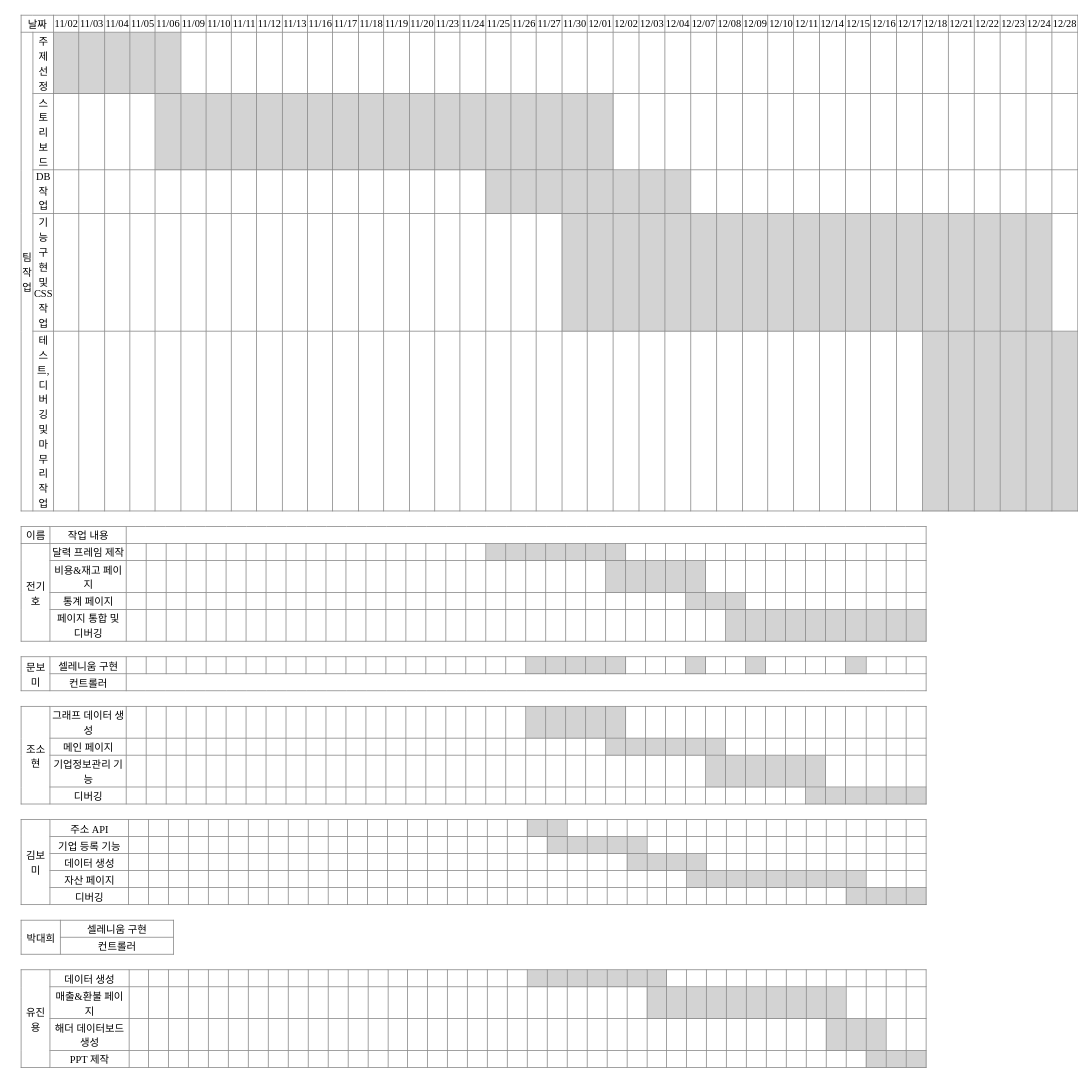
Repository: JEON-KIHO/finalProject
Page: http://localhost/ERP/WEB-INF/views/schedule.jsp
An editor plug-in stored every save of this project. The page is shown before and after the next save, followed by the edit.
The browser window is 1280 px wide. The page is 1457 px wide, so the pictures cover 1457 px, including what lies to the right of the window. The pictures show the whole page, at 74% of full size.
The page is served by Tomcat 9. Nobody is signed in. The template is opened directly, without the code that normally fills it, so the values that code supplies are empty.

Above is the page before, as saved 2020-12-24 08:28:10.

After the next save:
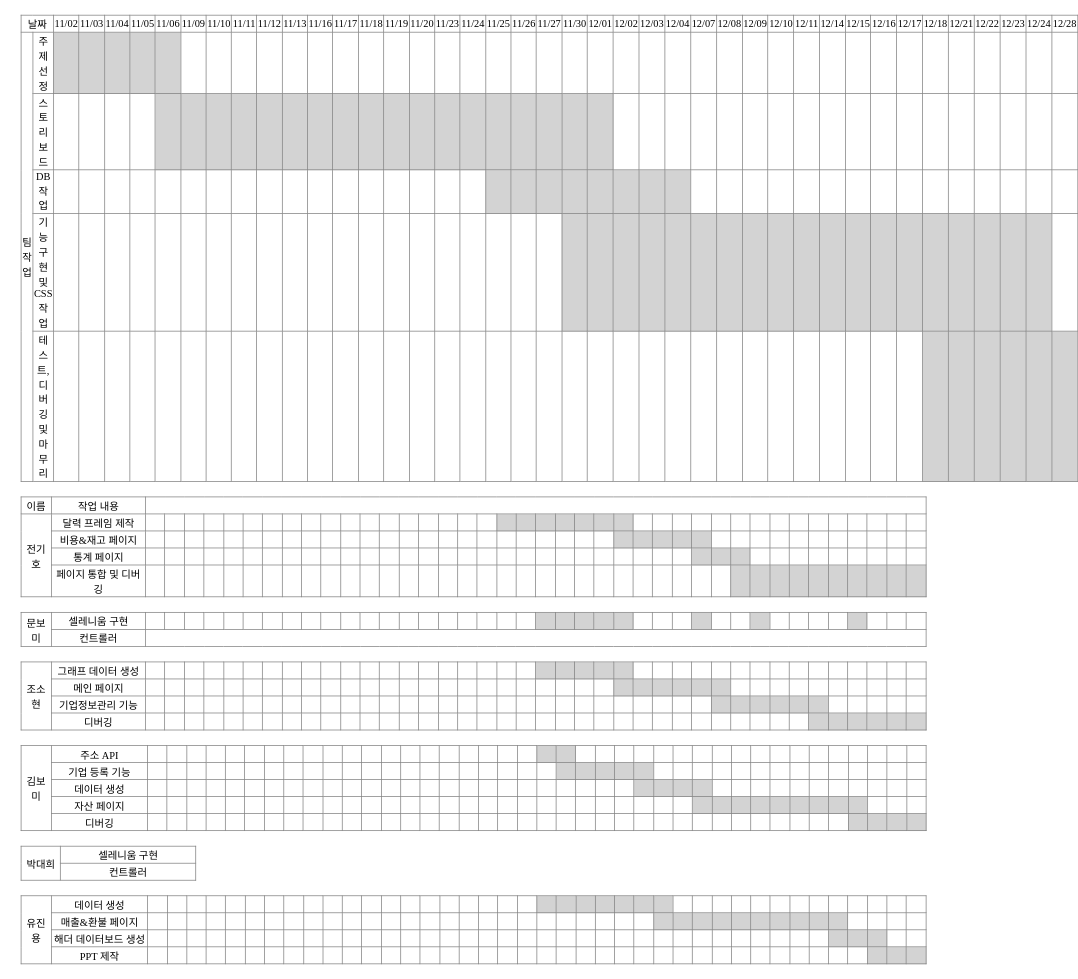
Saved 82 s later.
--- a/ERP/src/main/webapp/WEB-INF/views/schedule.jsp
+++ b/ERP/src/main/webapp/WEB-INF/views/schedule.jsp
@@ -8,8 +8,8 @@
 <style>
 	table{font-size:14px; text-align:center; border-collapse:collapse; margin:20px;}
 	.black {background:lightgray;}
-	.day, .black, .white {width:38px;}
-	.sub {width:150px;}
+	.day, .black, .white {width:35px;}
+	.sub {width:180px;}
 </style>
 </head>
 <body>
@@ -61,7 +61,7 @@
 	<td class="black"></td><td class="black"></td><td class="black"></td><td class="black"></td><td class="black"></td>
 	<td class="black"></td><td class="black"></td><td class="black"></td><td class="black"></td><td class="white"></td></tr>
 
-	<tr><td class="sub">테스트, 디버깅 및 <br>마무리작업</td><td class="white"></td><td class="white"></td><td class="white"></td><td class="white"></td><td class="white"></td>
+	<tr><td class="sub">테스트, 디버깅 및 마무리</td><td class="white"></td><td class="white"></td><td class="white"></td><td class="white"></td><td class="white"></td>
 	<td class="white"></td><td class="white"></td><td class="white"></td><td class="white"></td><td class="white"></td>
 	<td class="white"></td><td class="white"></td><td class="white"></td><td class="white"></td><td class="white"></td>
 	<td class="white"></td><td class="white"></td><td class="white"></td><td class="white"></td><td class="white"></td>
